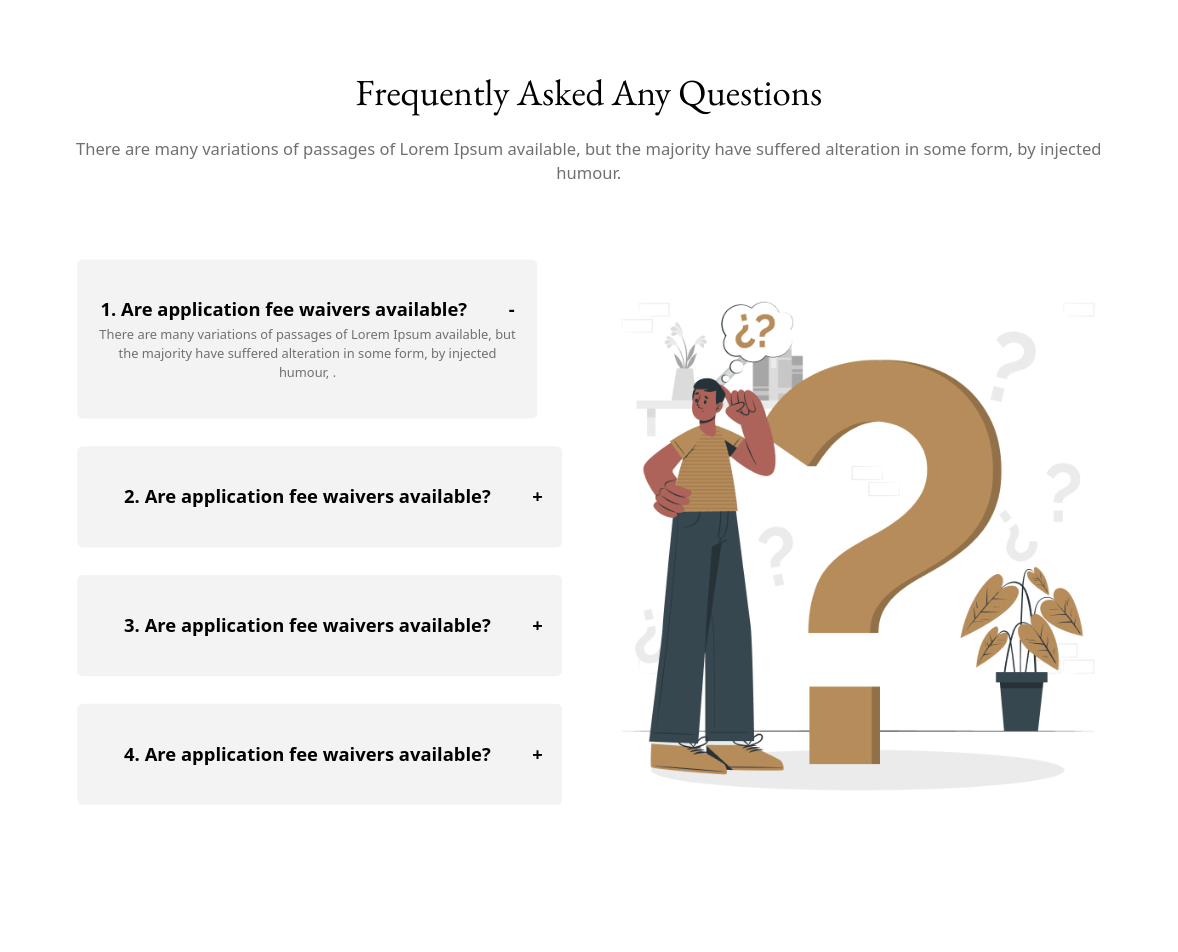
Repository: nahid-hasann/website-6
Page: index.html
These files come from the project's save history. The page is drawn as it stood at one moment and after the next save; the edit follows.
The browser window is 1280 px wide. The pictures show the whole page, at 92% of full size.

Above is the page before, as saved 2025-07-21 17:17:00.

### index.html
<!DOCTYPE html>
<html lang="en">
<head>
    <meta charset="UTF-8">
    <meta name="viewport" content="width=device-width, initial-scale=1.0">
    <script src="https://cdn.jsdelivr.net/npm/@tailwindcss/browser@4"></script>
    <title>Document</title>
    <link rel="stylesheet" href="style.css">
    <link rel="stylesheet" href="https://cdnjs.cloudflare.com/ajax/libs/font-awesome/6.7.2/css/all.min.css" integrity="sha512-Evv84Mr4kqVGRNSgIGL/F/aIDqQb7xQ2vcrdIwxfjThSH8CSR7PBEakCr51Ck+w+/U6swU2Im1vVX0SVk9ABhg==" crossorigin="anonymous" referrerpolicy="no-referrer" />
</head>
<body>

<header class="hidden">

<div class="flex mx-auto w-[1170px]  justify-between items-center my-[30px] ">
    <div>
        <img src="images/logo2.png" alt="">
    </div>
    <div>
        <ul class="flex gap-[20px] text-[#707070]">
            <li><a href="">Home</a></li>
            <li><a href="">Service<i class="fa-solid fa-angle-right ml-[10px]"></i></a></li>
            <li><a href="">Cases<i class="fa-solid fa-angle-right ml-[10px]"></i></a></li>
            <li><a href="">Blog<i class="fa-solid fa-angle-right ml-[10px]"></i></a></li>
            <li><a href="">Contact us<i class="fa-solid fa-angle-right ml-[10px]"></i></a></li>
        </ul>
    </div>
    <div>
        <button class="bg-[#b68c59] py-[12px] px-[22px] text-white rounded-md" >Free Consultation</button>
    </div>
</div>


<div class="banner-img w-[1170px] h-[550px] mx-auto  flex flex-col items-center justify-center mt-[60px] mb-[130px]">
      <div class="banner-content w-[692px]">
         <h1 class="text-[72px] text-center text-white leading-none">We Provide Effective  Legal Solutions</h1>
       <p class="my-[30px] text-center  text-[#E7E7E7]">There are many variations of passages of Lorem Ipsum available, but the majority have suffered alteration in some form, by injected humour.</p>
       <div class="flex justify-center gap-[40px]">
        <input class="bg-white py-[12px] px-[30px] pr-[70px] w-[500px] rounded-md" type="text" name="" placeholder="Search your services" id="">
        <button class="bg-[#b68c59] py-[12px] px-[22px] text-white rounded-md" >Search</button>
       </div>
      </div>
</div>


</header>


<main>
    <section class="card-section xl:w-[1170px] mx-auto lg:mb-[130px] hidden">
        <div class="card-content">
            <h1 class="eb-garamond-ok text-[40px] text-center ">The Legal Practice Area</h1>
            <p class="text-center text-[#707070] my-[20px]">There are many variations of passages of Lorem Ipsum available, but the majority have <br> suffered alteration in some form, by injected humour.</p>
        </div>

        <div class="card-div mt-[100px] grid grid-cols-3">
            <div class="card py-[70px]  border-r border-[#E7E7E7]  border-b  flex flex-col items-center justify-center text-center">
                  <img src="images/business.png" alt="">
                  <h1 class="text-[32px] my-[15px]">Business Law</h1>
                  <p class="text-[#707070] w-[258px] mb-[15px]">There are many variations of passages of Lorem Ipsum available, but the majority have suffered alteration in some form, by injected humour.</p>
                  <img src="images/Frame.png" alt="">
            </div>

             <div class="card bg-[linear-gradient(to_bottom,_#f3f3f3,_#ffffff)]   py-[70px] border-[#E7E7E7] border-r border-b flex flex-col items-center justify-center text-center">
                  <img src="images/criminal.png" alt="">
                  <h1 class="text-[32px] my-[15px]">Criminal Law</h1>
                  <p class="text-[#707070] w-[258px] mb-[15px]">There are many variations of passages of Lorem Ipsum available, but the majority have suffered alteration in some form, by injected humour.</p>
                  <img src="images/Frame.png" alt="">
            </div>

             <div class="card  py-[70px] border-[#E7E7E7] border-b flex flex-col items-center justify-center text-center">
                  <img src="images/child.png" alt="">
                  <h1 class="text-[32px] my-[15px]">Child Support</h1>
                  <p class="text-[#707070] w-[258px] mb-[15px]">There are many variations of passages of Lorem Ipsum available, but the majority have suffered alteration in some form, by injected humour.</p>
                  <img src="images/Frame.png" alt="">
            </div>

             <div class="card border-r border-[#E7E7E7]  py-[70px] flex flex-col items-center justify-center text-center">
                  <img src="images/education.png" alt="">
                  <h1 class="text-[32px] my-[15px]">Education Law</h1>
                  <p class="text-[#707070] w-[258px] mb-[15px]">There are many variations of passages of Lorem Ipsum available, but the majority have suffered alteration in some form, by injected humour.</p>
                  <img src="images/Frame.png" alt="">
            </div>

             <div class="card border-r border-[#E7E7E7]  py-[70px] flex flex-col items-center justify-center text-center">
                  <img src="images/divorce.png" alt="">
                  <h1 class="text-[32px] my-[15px]">Divorce Law</h1>
                  <p class="text-[#707070] w-[258px] mb-[15px]">There are many variations of passages of Lorem Ipsum available, but the majority have suffered alteration in some form, by injected humour.</p>
                  <img src="images/Frame.png" alt="">
            </div>

             <div class="card  py-[70px] flex flex-col items-center justify-center text-center">
                  <img src="images/tax.png" alt="">
                  <h1 class="text-[32px] my-[15px]">Tax Law</h1>
                  <p class="text-[#707070] w-[258px] mb-[15px]">There are many variations of passages of Lorem Ipsum available, but the majority have suffered alteration in some form, by injected humour.</p>
                  <img src="images/Frame.png" alt="">
            </div>
        </div>
    </section>

    <section class="question-section lg:mb-[130px] xl:w-[1170px] sm:my-[70px] mx-auto">
         <h1 class="eb-garamond-ok xl:text-[40px] lg:text-[30px] sm:text-[25px] text-center">Frequently Asked Any Questions</h1>
         <p class="xl:text-[18px] text-center text-[#707070] mt-[18px] sm:text-[13px] sm:px-[20px] mb-[40px]">There are many variations of passages of Lorem Ipsum available, but the majority have suffered alteration in some form, by injected humour.</p>

         <div class="ques-img lg:flex lg:justify-around lg:items-center lg:mt-[80px] ">
             <div class="lg:w-[45%]">
                 <div class=" bg-[#f3f3f3] pl-[30px] py-[40px] rounded-md mb-[30px] sm:text-center sm:w-[500px] sm:px-[20px] sm:">
                    <h1 class="lg:text-[18px] xl:text-[20px] font-extrabold ">1. Are application fee waivers available? <span class="ml-[40px]">-</span> </h1>
                    <p class="text-[#707070] lg:text-[14px]">There are many variations of passages of Lorem Ipsum available, but the majority have suffered alteration in some form, by injected humour, . </p>
                 </div>
                 <div class=" bg-[#f3f3f3] pl-[30px] py-[40px] rounded-md mb-[30px] sm:text-center">
                    <h1 class="lg:text-[18px] xl:text-[20px] font-extrabold">2. Are application fee waivers available? <span class="ml-[40px]">+</span> </h1>
                 </div>
                 <div class=" bg-[#f3f3f3] pl-[30px] py-[40px] rounded-md mb-[30px] sm:text-center">
                    <h1 class="lg:text-[18px] xl:text-[20px] font-extrabold">3. Are application fee waivers available? <span class="ml-[40px]">+</span> </h1>
                 </div>
                 <div class=" bg-[#f3f3f3] pl-[30px] py-[40px] rounded-md mb-[30px] sm:text-center">
                    <h1 class="lg:text-[18px] xl:text-[20px] font-extrabold">4. Are application fee waivers available? <span class="ml-[40px]">+</span> </h1>
                 </div>
             </div>
             <div class="lg:w-[45%]">
                <img src="images/faq.png" alt="" class="max-w-full">
             </div>
         </div>
    </section>
</main>





</body>
</html>

### style.css
@import url('https://fonts.googleapis.com/css2?family=EB+Garamond:ital,wght@0,400..800;1,400..800&display=swap');


.eb-garamond-ok {
  font-family: "EB Garamond", serif;
  font-optical-sizing: auto;
  font-style: normal;
}


.banner-img{
    background-image: linear-gradient(rgba(0, 0, 0, 0.5), rgba(0, 0, 0, 0.5)), url('images/banner.png');
}

After the next save:
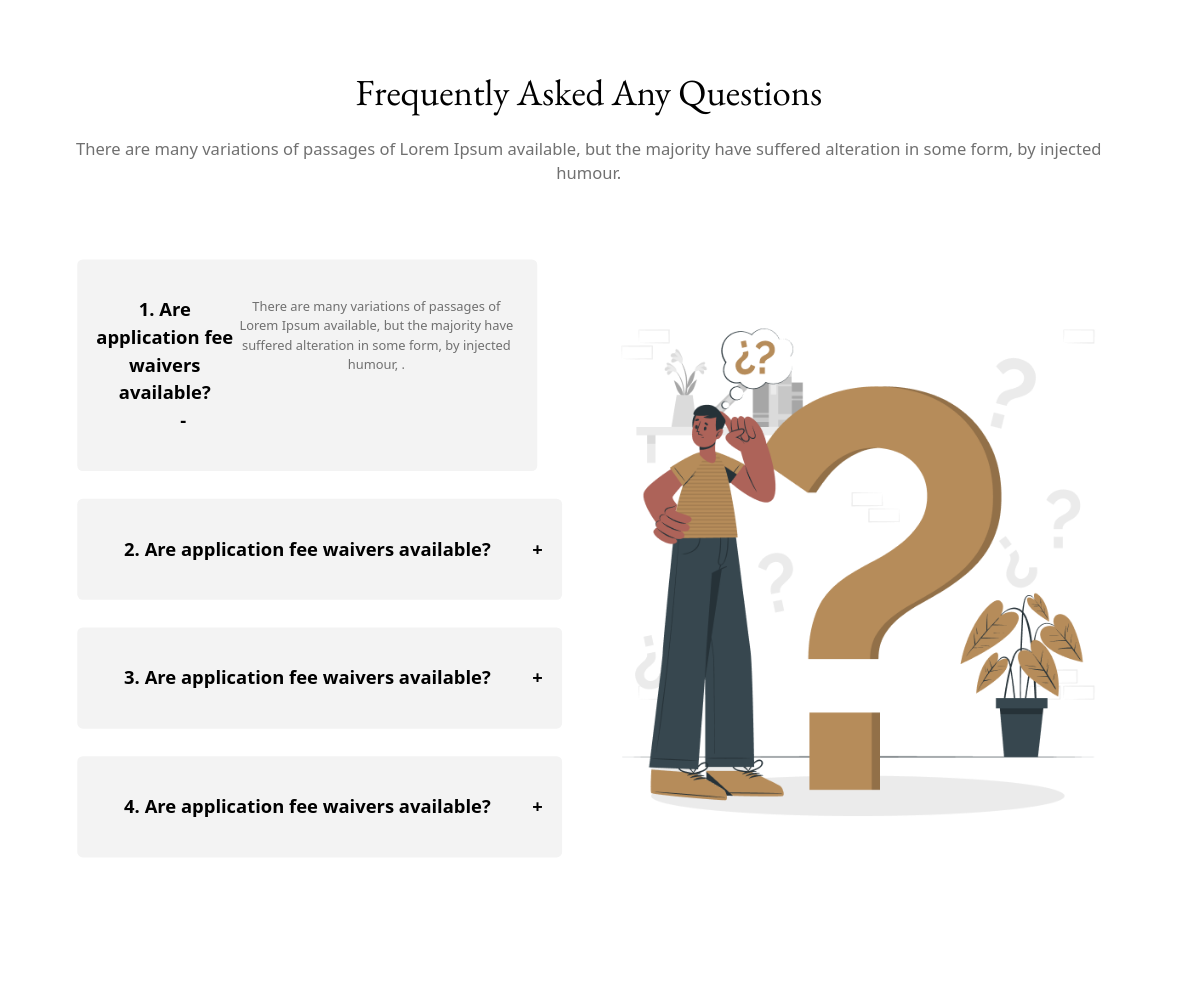
Saved 5 s later.
--- a/index.html
+++ b/index.html
@@ -104,7 +104,7 @@
 
          <div class="ques-img lg:flex lg:justify-around lg:items-center lg:mt-[80px] ">
              <div class="lg:w-[45%]">
-                 <div class=" bg-[#f3f3f3] pl-[30px] py-[40px] rounded-md mb-[30px] sm:text-center sm:w-[500px] sm:px-[20px] sm:">
+                 <div class=" bg-[#f3f3f3] pl-[30px] py-[40px] rounded-md mb-[30px] sm:text-center sm:w-[500px] sm:px-[20px] sm:flex">
                     <h1 class="lg:text-[18px] xl:text-[20px] font-extrabold ">1. Are application fee waivers available? <span class="ml-[40px]">-</span> </h1>
                     <p class="text-[#707070] lg:text-[14px]">There are many variations of passages of Lorem Ipsum available, but the majority have suffered alteration in some form, by injected humour, . </p>
                  </div>

After the 5 saves that followed:
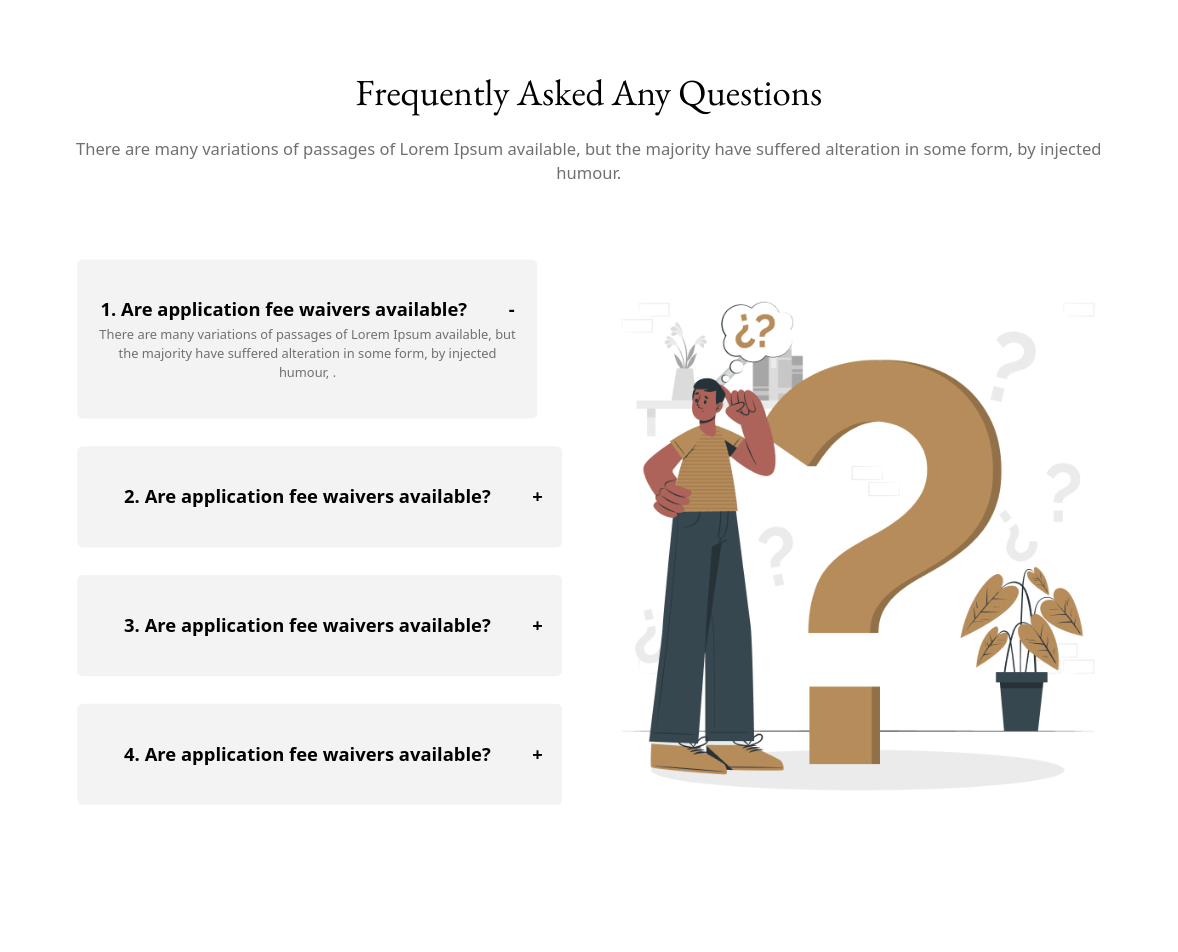
The 5 saves are shown as one change because they came seconds apart.
The last was saved 16 s later.
--- a/index.html
+++ b/index.html
@@ -104,7 +104,7 @@
 
          <div class="ques-img lg:flex lg:justify-around lg:items-center lg:mt-[80px] ">
              <div class="lg:w-[45%]">
-                 <div class=" bg-[#f3f3f3] pl-[30px] py-[40px] rounded-md mb-[30px] sm:text-center sm:w-[500px] sm:px-[20px] sm:flex">
+                 <div class=" bg-[#f3f3f3] pl-[30px] py-[40px] rounded-md mb-[30px] sm:text-center sm:w-[500px] sm:px-[20px] sm:flex sm:flex-col sm:justify-center">
                     <h1 class="lg:text-[18px] xl:text-[20px] font-extrabold ">1. Are application fee waivers available? <span class="ml-[40px]">-</span> </h1>
                     <p class="text-[#707070] lg:text-[14px]">There are many variations of passages of Lorem Ipsum available, but the majority have suffered alteration in some form, by injected humour, . </p>
                  </div>
